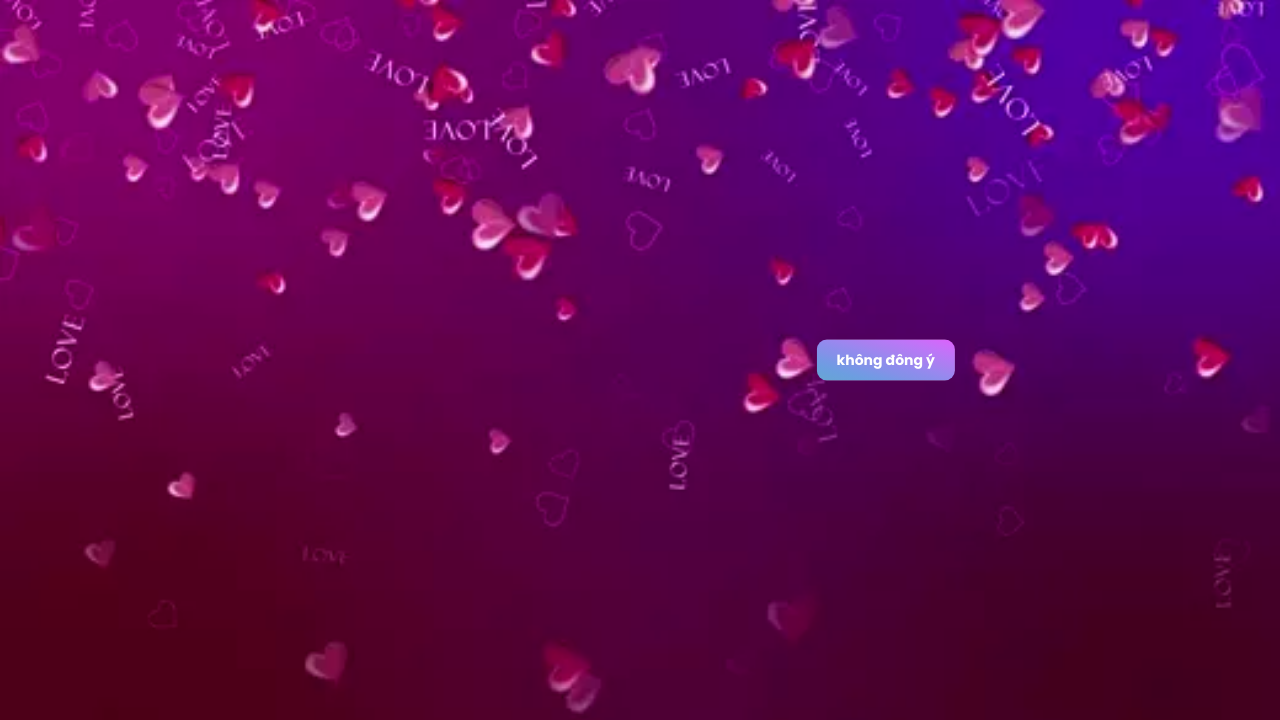
Repository: kuluong2000/love
Page: index.html
An editor plug-in stored every save of this project. The page is shown before and after the next save, followed by the edit.
The browser window is 1280 px wide. The pictures show the whole page.

Above is the page before, as saved 2022-06-04 22:11:17.

After the next save:
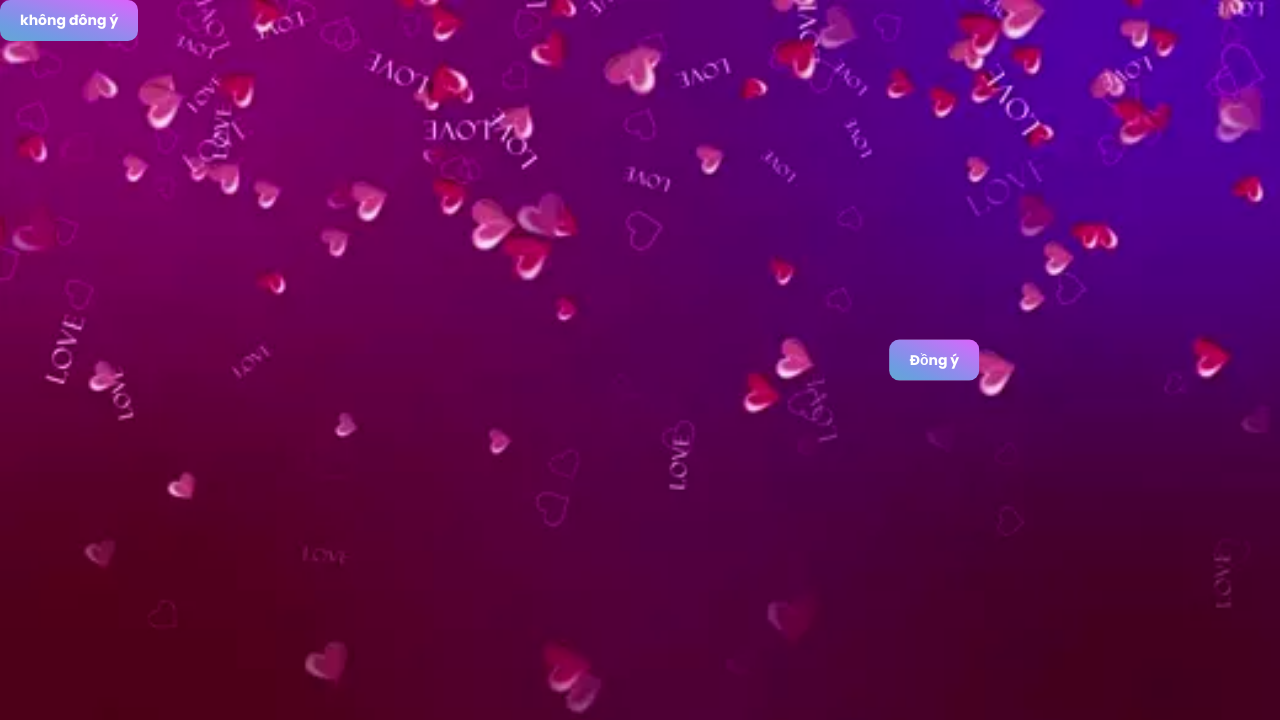
Saved 4 s later.
--- a/index.html
+++ b/index.html
@@ -9,8 +9,8 @@
   </head>
   <body>
     <div class="love">
-      <!-- <button class="love-success btn">Đồng ý</button> -->
-      <button class="love-success btn">không đông ý</button>
+      <button class="love-success btn">Đồng ý</button>
+      <button class="love-fail btn">không đông ý</button>
     </div>
   </body>
 </html>
